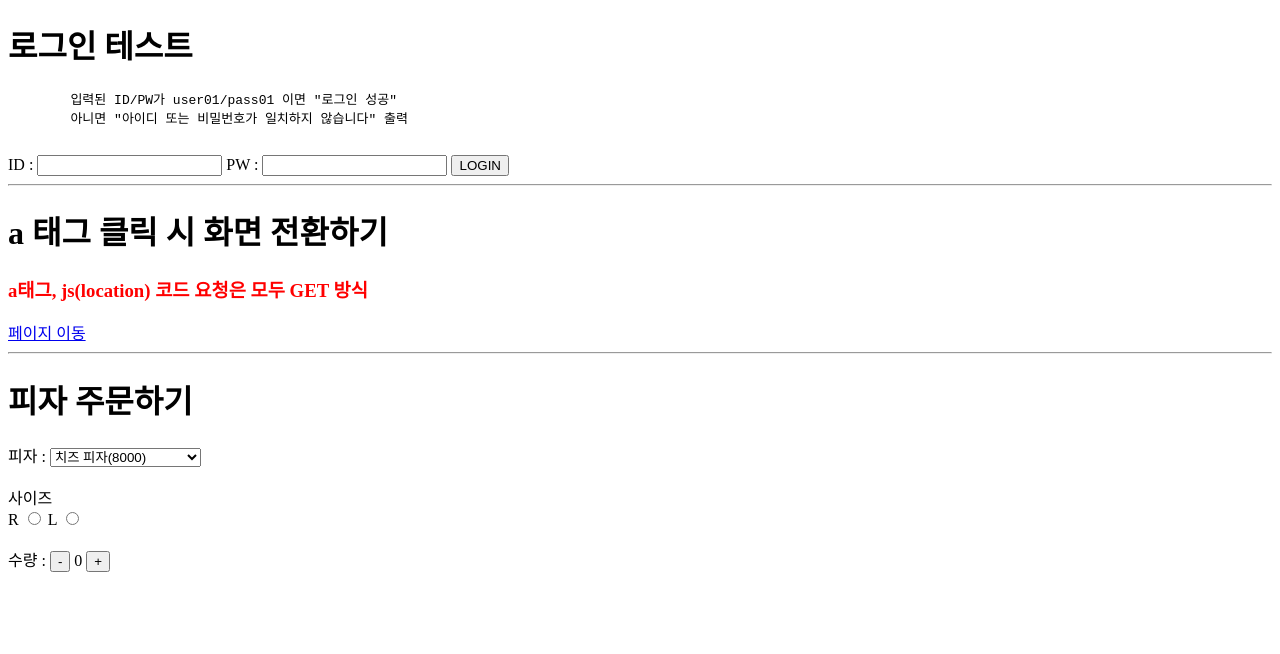
Repository: seungjoo1217/05_Server
Page: JSPProject1/src/main/webapp/index.html
These files come from the project's save history. The page is drawn as it stood at one moment and after a run of saves; the edit follows.
The browser window is 1280 px wide. The pictures show the whole page.

Above is the page before, as saved 2024-03-22 01:41:57.

### JSPProject1/src/main/webapp/index.html
<!DOCTYPE html>
<html lang="en">
<head>
    <meta charset="UTF-8">
    <meta name="viewport" content="width=device-width, initial-scale=1.0">
    <title>JSP Project1</title>
</head>
<body>
    <h1>로그인 테스트</h1>

    <pre>
        입력된 ID/PW가 user01/pass01 이면 "로그인 성공"
        아니면 "아이디 또는 비밀번호가 일치하지 않습니다" 출력
    </pre>

    <form action="/login" method="post">
        ID : <input type="text" name="id">
        PW : <input type="password" name="pw">
        <button>LOGIN</button>
    </form>

    <hr>

    <h1>a 태그 클릭 시 화면 전환하기</h1>

    <h3 style="color : red;">a태그, js(location) 코드 요청은 모두 GET 방식</h3>

    <a href="/test/result">페이지 이동</a>


	<hr>

	<h1>피자 주문하기</h1>

	<form action="/pizzaOrder" method="post">

		피자 :
		<select name="pizza">
			<option value ="1">치즈 피자(8000)</option>
			<option value ="2">콤비네이션 피자(9000)</option>
			<option value ="3">핫치킨 피자(10000)</option>
		</select>

		<br><br>

		사이즈 <br>
		<label>
			R <input type="radio" name="size" value="R">
		</label>
		<label>
			L <input type="radio" name="size" value="L">
		</label>

		<br><br>

		수량 :
		<button id="minus" type="button">-</button>
		<span id="amount">0</span>
		<button id="plus" type="button">+</button>
	</form>






</body>
</html>

After the next 2 saves:
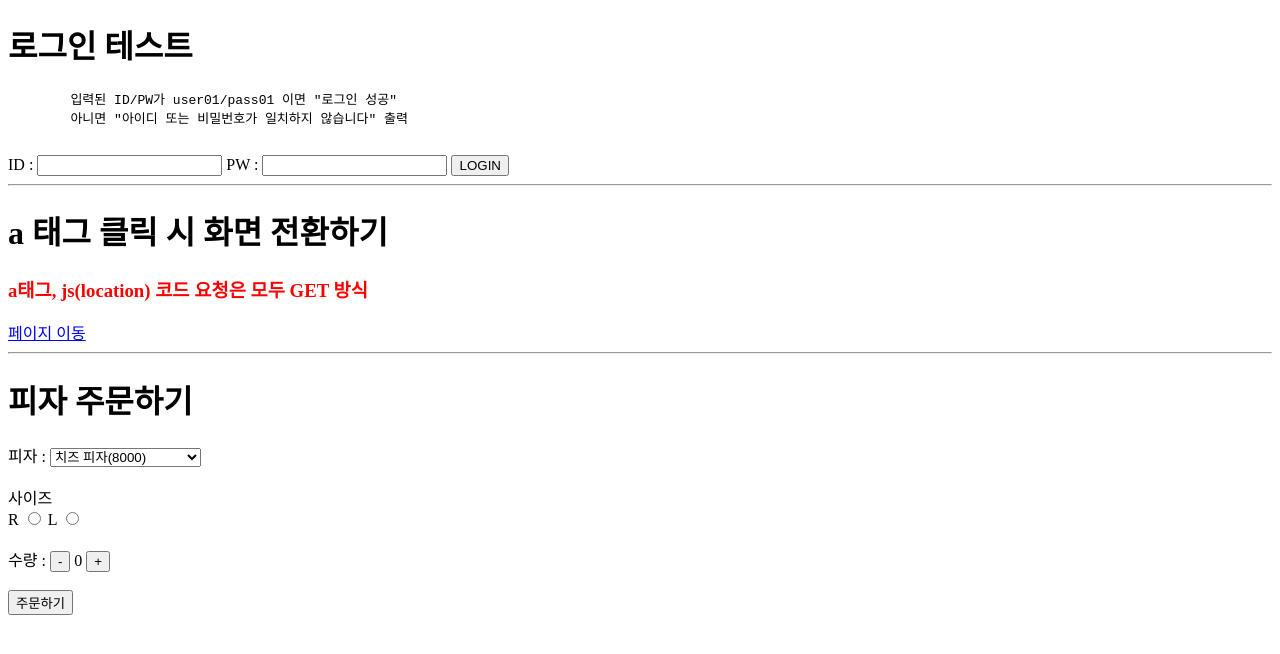
The 2 saves are shown as one change because they came seconds apart.
The last was saved 22 s later.
--- a/JSPProject1/src/main/webapp/index.html
+++ b/JSPProject1/src/main/webapp/index.html
@@ -57,11 +57,10 @@
 		<button id="minus" type="button">-</button>
 		<span id="amount">0</span>
 		<button id="plus" type="button">+</button>
+
+		<br><br>
+		<button>주문하기</button>
 	</form>
-
-
-
-
 
 
 </body>
